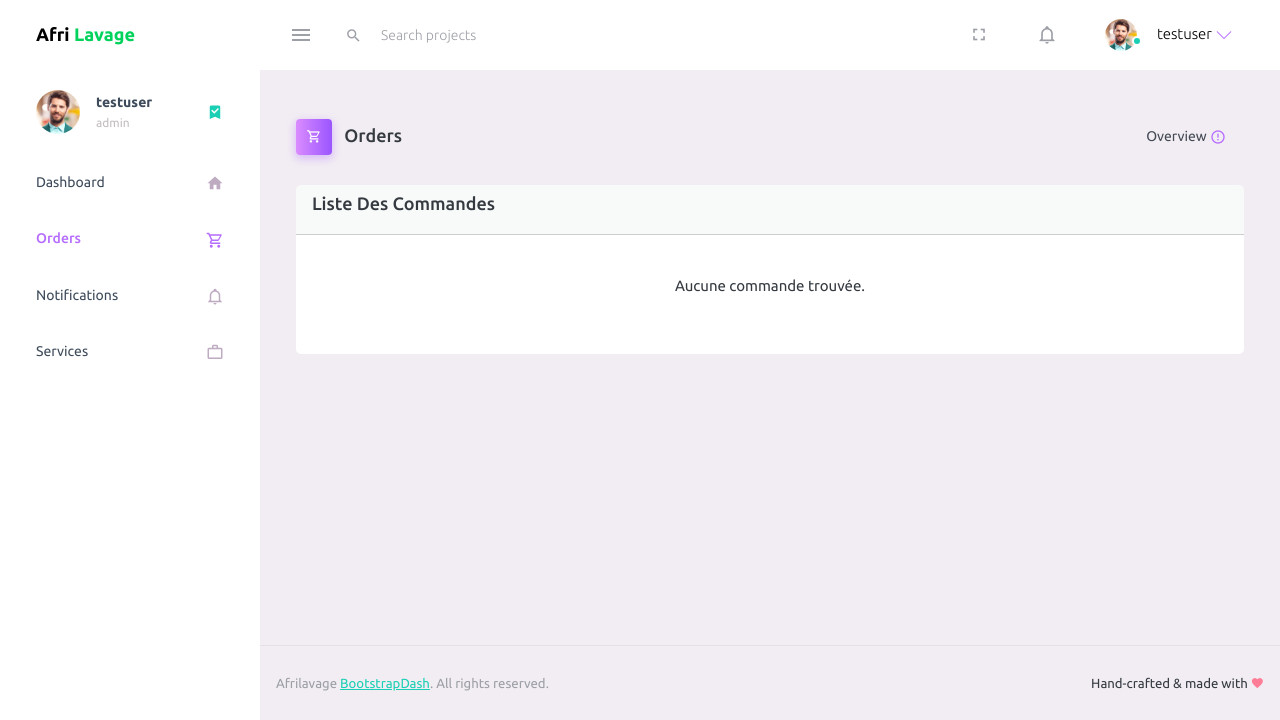
Repository: idir2023/afrilavage
Page: http://localhost/orders
The author's editor kept a copy of each file at every save. The page is drawn from the files as they stood at one save, then again after the next save.
The browser window is 1280 px wide. The pictures show the whole page.
The page is served by the project's Laravel application, run on PHP 8.4 with Laravel 12. A made-up administrator, Test User (test@example.com), is signed in. Other server files are loaded and not shown. Queries for data that is not in the repository find no rows.

Above is the page before, as saved 2025-06-10 15:53:36.
Console error: TypeError: Cannot read properties of null (reading 'classList')

### routes/web.php
 <?php

    use Illuminate\Support\Facades\Route;
    use App\Http\Controllers\HomeController;
    use App\Http\Controllers\OrderController;
    use App\Http\Controllers\AdminController;
    use App\Http\Controllers\NotificationController;
    use App\Http\Controllers\ProfileController;
    use App\Http\Controllers\ServiceController;

    /*
|--------------------------------------------------------------------------
| Web Routes
|--------------------------------------------------------------------------
|
| Here is where you can register web routes for your application.
|
*/

    // Pages publiques
    Route::get('/', [HomeController::class, 'index'])->name('home');
    Route::get('/contact', [HomeController::class, 'contact'])->name('contact');
    Route::get('/about', [HomeController::class, 'about'])->name('about');
    Route::get('/service', [HomeController::class, 'service'])->name('service');
    Route::get('/order', [HomeController::class, 'order'])->name('order');
    Route::get('/tracking', [HomeController::class, 'tracking'])->name('tracking');
    Route::post('/order/save', [HomeController::class, 'store'])->name('order-store');

    // Gestion des commandes (CRUD)

    // Tableau de bord (admin)
    Route::middleware(['auth', 'verified', 'is_admin'])->group(function () {
        Route::get('/dashboard', [AdminController::class, 'index'])->name('dashboard');
        Route::resource('orders', OrderController::class);
        Route::post('/notifications/{id}/read', [OrderController::class, 'markAsRead'])->name('notifications.read');
        Route::resource('notifications', NotificationController::class);
        Route::resource('services', ServiceController::class);


        // Tu peux ajouter d'autres routes admin ici, par exemple :
        // Route::get('/users', [AdminController::class, 'users'])->name('admin.users');
    });

    // Profil utilisateur (authentifié)
    Route::middleware(['auth'])->group(function () {
        Route::get('/profile', [ProfileController::class, 'edit'])->name('profile.edit');
        Route::patch('/profile', [ProfileController::class, 'update'])->name('profile.update');
        Route::delete('/profile', [ProfileController::class, 'destroy'])->name('profile.destroy');
    });

    // Auth routes (login, register, etc.)
    require __DIR__ . '/auth.php';

### app/Models/User.php
<?php

namespace App\Models;

// use Illuminate\Contracts\Auth\MustVerifyEmail;
use Illuminate\Database\Eloquent\Factories\HasFactory;
use Illuminate\Foundation\Auth\User as Authenticatable;
use Illuminate\Notifications\Notifiable;

class User extends Authenticatable
{
    /** @use HasFactory<\Database\Factories\UserFactory> */
    use HasFactory, Notifiable;

    /**
     * The attributes that are mass assignable.
     *
     * @var list<string>
     */
    protected $fillable = [
        'username',
        'email',
        'phone',
        'password',
        'address',
        'role'
    ];


    /**
     * The attributes that should be hidden for serialization.
     *
     * @var list<string>
     */
    protected $hidden = [
        'password',
        'remember_token',
    ];

    /**
     * Get the attributes that should be cast.
     *
     * @return array<string, string>
     */
    protected function casts(): array
    {
        return [
            'email_verified_at' => 'datetime',
            'password' => 'hashed',
        ];
    }
}

### app/Http/Controllers/OrderController.php
<?php

namespace App\Http\Controllers;

use App\Models\Notification;
use App\Models\Order;
use Illuminate\Http\Request;

class OrderController extends Controller
{
    // Affiche la liste paginée des commandes
    public function index()
    {
        $orders = Order::paginate(15); // 15 commandes par page
        return view('admins.orders.index', compact('orders'));
    }


    public function show($id)
    {
        $order = Order::findOrFail($id);

        // Réponse uniquement en AJAX avec HTML directement ici
        if (request()->ajax()) {
            $html = '
        <div class="table-responsive">
            <table class="table table-bordered">
                <tr><th>ID</th><td>' . $order->id . '</td></tr>
                <tr><th>Client</th><td>' . ($order->user->username ?? 'N/A') . '</td></tr>
                <tr><th>Service</th><td>' . ucfirst($order->service_type) . '</td></tr>
                <tr><th>Date prévue</th><td>' . \Carbon\Carbon::parse($order->scheduled_date)->format('d/m/Y') . '</td></tr>
                <tr><th>Créneau horaire</th><td>' . $order->time_slot . '</td></tr>
                <tr><th>Status</th><td>' . ucfirst($order->status) . '</td></tr>
                <tr><th>Total</th><td>' . number_format($order->total_price, 2, ',', ' ') . ' €</td></tr>
            </table>
        </div>';

            return response()->json(['html' => $html]);
        }

        // Si jamais une requête non-AJAX est envoyée
        abort(404);
    }



    // Supprime une commande
    public function destroy($id)
    {
        $order = Order::findOrFail($id);
        $order->delete();

        return redirect()->route('orders.index')->with('success', 'Commande supprimée avec succès.');
    }

    public function markAsRead($id)
    {
        $notification = Notification::findOrFail($id);
        $notification->is_read = true;
        $notification->save();

        return response()->json(['success' => true]);
    }
}

### app/Models/Order.php
<?php

namespace App\Models;

use Illuminate\Database\Eloquent\Model;

class Order extends Model
{
    protected $fillable = [
        'user_id',
        'driver_id',

        'service_category',
        'service_type',
        'status',

        // Informations client
        'fullname',
        'phone',
        'address',
        'city',
        'zip',
        'delivery_instructions',

        // Programmation
        'scheduled_date',
        'time_slot',

        // Détails service
        'items',
        'service_options',
        'special_instructions',

        // Détails voiture
        'car_type',
        'car_model',

        // Détails pack
        'pack_people',
        'pack_frequency',

        // Tarification
        'base_price',
        'options_price',
        'discount_amount',
        'total_price',
        'promo_code',

        // Paiement
        'payment_method',
        'payment_status',

        // Dates clés
        'collected_at',
        'completed_at',
    ];


    protected $casts = [
        'items' => 'array',
        'scheduled_date' => 'date',
        'collected_at' => 'datetime',
        'completed_at' => 'datetime',
    ];

    public function user()
    {
        return $this->belongsTo(User::class);
    }

    public function driver()
    {
        return $this->belongsTo(User::class, 'driver_id');
    }
}

### resources/views/admins/layouts/master.blade.php
 <!DOCTYPE html>
 <html lang="en">

 <head>
     <!-- Required meta tags -->
     <meta charset="utf-8">
     <meta name="viewport" content="width=device-width, initial-scale=1, shrink-to-fit=no">
     <title>@yield('title')</title>
     <!-- plugins:css -->
     <link rel="stylesheet" href="{{ asset('admin/assets/vendors/mdi/css/materialdesignicons.min.css') }}">
     <link rel="stylesheet" href="{{ asset('admin/assets/vendors/ti-icons/css/themify-icons.css') }}">
     <link rel="stylesheet" href="{{ asset('admin/assets/vendors/css/vendor.bundle.base.css') }}">
     <link rel="stylesheet" href="{{ asset('admin/assets/vendors/font-awesome/css/font-awesome.min.css') }}">
     <!-- endinject -->
     <!-- Plugin css for this page -->
     <link rel="stylesheet" href="{{ asset('admin/assets/vendors/font-awesome/css/font-awesome.min.css') }}" />
     <link rel="stylesheet"
         href="{{ asset('admin/assets/vendors/bootstrap-datepicker/bootstrap-datepicker.min.css') }}">
     <!-- End plugin css for this page -->
     <!-- inject:css -->
     <!-- endinject -->
     <!-- Layout styles -->
     <link rel="stylesheet" href="{{ asset('admin/assets/css/style.css') }}">
     <!-- End layout styles -->
     <link rel="shortcut icon" href="{{ asset('admin/assets/images/favicon.png') }}" />
 </head>

 <body>
     <div class="container-scroller">

         <!-- partial:partials/_navbar.html -->
         @include('admins.layouts.header')
         <!-- partial -->
         <div class="container-fluid page-body-wrapper">
             <!-- partial:partials/_sidebar.html -->
             @include('admins.layouts.sidebar')
             <!-- partial -->
             <div class="main-panel">
                 <div class="content-wrapper">

                     @yield('content')
                 </div>
                 <!-- content-wrapper ends -->
                 <!-- partial:partials/_footer.html -->
                 @include('admins.layouts.footer')
                 <!-- partial -->
             </div>
             <!-- main-panel ends -->
         </div>
         <!-- page-body-wrapper ends -->
     </div>
     <!-- container-scroller -->
     <!-- plugins:js -->
     <script src="{{ asset('admin/assets/vendors/js/vendor.bundle.base.js') }}"></script>
     <!-- endinject -->
     <!-- Plugin js for this page -->
     <script src="{{ asset('admin/assets/vendors/chart.js/chart.umd.js') }}"></script>
     <script src="{{ asset('admin/assets/vendors/bootstrap-datepicker/bootstrap-datepicker.min.js') }}"></script>
     <!-- End plugin js for this page -->
     <!-- inject:js -->
     <script src="{{ asset('admin/assets/js/off-canvas.js') }}"></script>
     <script src="{{ asset('admin/assets/js/misc.js') }}"></script>
     <script src="{{ asset('admin/assets/js/settings.js') }}"></script>
     <script src="{{ asset('admin/assets/js/todolist.js') }}"></script>
     <script src="{{ asset('admin/assets/js/jquery.cookie.js') }}"></script>
     <!-- endinject -->
     <!-- Custom js for this page -->
     <script src="{{ asset('admin/assets/js/dashboard.js') }}"></script>
     <!-- End custom js for this page -->
     <script>
         $(document).ready(function() {
             $('.btn-read-notification').click(function(e) {
                 e.preventDefault();

                 let btn = $(this);
                 let notificationId = btn.data('id');

                 $.ajax({
                     url: `/notifications/${notificationId}/read`,
                     type: 'POST',
                     data: {
                         _token: '{{ csrf_token() }}'
                     },
                     success: function(response) {
                         if (response.success) {
                             btn.text('Read ✔').prop('disabled', true);
                             // Optionnel : retirer la notification de la liste ou modifier son style
                             btn.closest('.preview-item').fadeOut();
                             // Mettre à jour le compteur
                             let countElem = $('.count-symbol.bg-danger');
                             let count = parseInt(countElem.text());
                             if (count > 1) {
                                 countElem.text(count - 1);
                             } else {
                                 countElem.remove();
                             }
                         }
                     },
                     error: function() {
                         alert('Erreur lors de la mise à jour de la notification.');
                     }
                 });
             });
         });
     </script>

     @yield('scripts')
 </body>

 </html>

### resources/views/admins/layouts/header.blade.php
 <nav class="navbar default-layout-navbar col-lg-12 col-12 p-0 fixed-top d-flex flex-row">
     <div class="text-center navbar-brand-wrapper d-flex align-items-center justify-content-start">
         <a class="navbar-brand brand-logo" href="{{ route('dashboard') }}">
             <div class="nav-profile-image d-flex align-items-center">
                 <h4 class="m-0 font-weight-bold">
                     <span style="color: #000000;">Afri</span>
                     <span style="color: #00d25b;">Lavage</span>
                 </h4>
                 <span class="login-status online ms-2"></span>
             </div>

         </a>
         <a class="navbar-brand brand-logo-mini" href="{{ route('dashboard') }}">
             <div class="nav-profile-image d-flex align-items-center">
                 <h4 class="m-0 font-weight-bold">
                     <span style="color: #000000;">A</span>
                     <span style="color: #00d25b;">L</span>
                 </h4>
                 <span class="login-status online ms-2"></span>
             </div>
         </a>
     </div>

     <div class="navbar-menu-wrapper d-flex align-items-stretch">
         <button class="navbar-toggler align-self-center" type="button" data-toggle="minimize">
             <span class="mdi mdi-menu"></span>
         </button>

         <div class="search-field d-none d-md-block">
             <form class="d-flex align-items-center h-100" action="#">
                 <div class="input-group">
                     <div class="input-group-prepend bg-transparent">
                         <i class="input-group-text border-0 mdi mdi-magnify"></i>
                     </div>
                     <input type="text" class="form-control bg-transparent border-0" placeholder="Search projects" />
                 </div>
             </form>
         </div>

         <ul class="navbar-nav navbar-nav-right">


             <!-- Fullscreen Button -->
             <li class="nav-item d-none d-lg-block full-screen-link">
                 <a class="nav-link" href="#">
                     <i class="mdi mdi-fullscreen" id="fullscreen-button"></i>
                 </a>
             </li>

             @php
                 use App\Models\Notification;

                 $notifications = Notification::with('order.user')
                     ->where('is_read', false)
                     ->orderBy('created_at', 'desc')
                     ->get();
             @endphp

             <!-- Notifications Dropdown -->
             <li class="nav-item dropdown">
                 <a class="nav-link count-indicator dropdown-toggle" id="notificationDropdown" href="#"
                     data-bs-toggle="dropdown" aria-expanded="false">
                     <i class="mdi mdi-bell-outline"></i>
                     @if ($notifications->count() > 0)
                         <span class="count-symbol bg-danger">{{ $notifications->count() }}</span>
                     @endif
                 </a>

                 <div class="dropdown-menu dropdown-menu-end navbar-dropdown preview-list"
                     aria-labelledby="notificationDropdown">
                     <h6 class="p-3 mb-0">Notifications</h6>
                     <div class="dropdown-divider"></div>

                     @forelse ($notifications as $notification)
                         <a href="#" class="dropdown-item preview-item">
                             <div class="preview-thumbnail">
                                 <div
                                     class="preview-icon
                                    @switch($notification->type)
                                        @case('order_created') bg-success @break
                                        @case('order_update') bg-warning @break
                                        @case('payment') bg-info @break
                                        @default bg-secondary
                                    @endswitch
                                ">
                                     <i class="mdi mdi-bell-ring"></i>
                                 </div>
                             </div>
                             <div class="preview-item-content d-flex flex-column justify-content-center">
                                 <h6 class="preview-subject font-weight-bold mb-1">{{ $notification->title }}</h6>
                                 <small class="text-muted mb-1">
                                     Commande par : <span
                                         class="text-primary">{{ $notification->order->user->username ?? 'Client inconnu' }}</span>
                                 </small>
                                 <small class="text-muted mb-1">
                                     Date commande :
                                     {{ $notification->order->created_at->format('d/m/Y H:i') ?? 'N/A' }}
                                 </small>
                                 <small class="text-muted">{{ $notification->created_at->diffForHumans() }}</small>
                                 <button class="btn-read-notification btn btn-sm btn-primary"
                                     data-id="{{ $notification->id }}" title="Marquer comme lu">
                                     <i class="mdi mdi-eye"></i>
                                 </button>

                             </div>
                         </a>
                         <div class="dropdown-divider"></div>
                     @empty
                         <p class="text-center p-3 mb-0">Aucune notification</p>
                     @endforelse

                     <h6 class="p-3 mb-0 text-center">
                         <a href="#">Voir toutes les notifications</a>
                     </h6>
                 </div>
             </li>

             <!-- Profile Dropdown -->
             <li class="nav-item nav-profile dropdown">
                 <a class="nav-link dropdown-toggle" id="profileDropdown" href="#" data-bs-toggle="dropdown"
                     aria-expanded="false">
                     <div class="nav-profile-img">
                         <img src="{{ asset('admin/assets/images/faces/face1.jpg') }}" alt="image" />
                         <span class="availability-status online"></span>
                     </div>
                     <div class="nav-profile-text">
                         <p class="mb-1 text-black">{{ Auth::user()->username }}</p>
                     </div>
                 </a>
                 <div class="dropdown-menu navbar-dropdown" aria-labelledby="profileDropdown">
                     <a class="dropdown-item" href="#">
                         <i class="mdi mdi-cached me-2 text-success"></i> Activity Log
                     </a>
                     <div class="dropdown-divider"></div>
                     <a class="dropdown-item" href="{{ route('logout') }}"
                         onclick="event.preventDefault(); document.getElementById('logout-form').submit();">
                         <i class="mdi mdi-logout me-2 text-primary"></i> Signout
                     </a>
                     <form id="logout-form" action="{{ route('logout') }}" method="POST" class="d-none">
                         @csrf
                     </form>
                 </div>
             </li>

         </ul>

         <button class="navbar-toggler navbar-toggler-right d-lg-none align-self-center" type="button"
             data-toggle="offcanvas">
             <span class="mdi mdi-menu"></span>
         </button>
     </div>
 </nav>

### app/Models/Notification.php
<?php

namespace App\Models;

use Illuminate\Database\Eloquent\Model;

class Notification extends Model
{
    // Si ta table s'appelle 'notifications', cette ligne est optionnelle
    protected $table = 'notifications';

    // Champs autorisés en mass assignment
    protected $fillable = [
        'user_id',
        'order_id',
        'type',
        'title',
        'message',
        'is_read',
    ];

    // Relation vers l'utilisateur
    public function user()
    {
        return $this->belongsTo(User::class);
    }


    // Relation vers la commande (optionnelle)
    public function order()
    {
        return $this->belongsTo(Order::class);
    }
}

### resources/views/admins/layouts/sidebar.blade.php
 <nav class="sidebar sidebar-offcanvas" id="sidebar">
     <ul class="nav">

         <li class="nav-item nav-profile">
             <a href="#" class="nav-link">
                 <div class="nav-profile-image">
                     <img src="{{ asset('admin/assets/images/faces/face1.jpg') }}" alt="profile" />
                     <span class="login-status online"></span>
                     <!-- change to offline or busy as needed -->
                 </div>
                 <div class="nav-profile-text d-flex flex-column">
                     <span class="font-weight-bold mb-2">{{ Auth::user()->username }}</span>
                     <span class="text-secondary text-small">{{ Auth::user()->role }}</span>
                 </div>
                 <i class="mdi mdi-bookmark-check text-success nav-profile-badge"></i>
             </a>
         </li>

         <li class="nav-item">
             <a class="nav-link" href="{{ route('dashboard') }}">
                 <span class="menu-title">Dashboard</span>
                 <i class="mdi mdi-home menu-icon"></i>
             </a>
         </li>

         <li class="nav-item">
             <a class="nav-link" href="{{ route('orders.index') }}">
                 <span class="menu-title">Orders</span>
                 {{-- <i class="mdi mdi-receipt menu-icon"></i> --}}
                 <i class="mdi mdi-cart-outline menu-icon"></i>

             </a>
         </li>

         <li class="nav-item">
             <a class="nav-link" href="{{ route('notifications.index') }}">
                 <span class="menu-title">Notifications</span>
                 <i class="mdi mdi-bell-outline menu-icon"></i>
             </a>
         </li>


         <li class="nav-item">
             <a class="nav-link" href="{{ route('services.index') }}">
                 <span class="menu-title">Services</span>
                 <i class="mdi mdi-briefcase-outline menu-icon"></i>
             </a>
         </li>


     </ul>
 </nav>

### resources/views/admins/layouts/footer.blade.php
          <footer class="footer">
              <div class="d-sm-flex justify-content-center justify-content-sm-between">
                  <span class="text-muted text-center text-sm-left d-block d-sm-inline-block"><span>Afri</span>lavage <a
                          href="https://www.bootstrapdash.com/" target="_blank">BootstrapDash</a>. All rights
                      reserved.</span>
                  <span class="float-none float-sm-right d-block mt-1 mt-sm-0 text-center">Hand-crafted & made with <i
                          class="mdi mdi-heart text-danger"></i></span>
              </div>
          </footer>

Loaded but not shown: routes/auth.php (common file); app/Http/Controllers/Auth/EmailVerificationPromptController.php (common file); app/Http/Controllers/Controller.php (common file); app/Http/Controllers/Auth/VerifyEmailController.php (common file); public/admin/assets/vendors/mdi/css/materialdesignicons.min.css (library); public/admin/assets/vendors/ti-icons/css/themify-icons.css (library); public/admin/assets/vendors/css/vendor.bundle.base.css (common file); public/admin/assets/vendors/font-awesome/css/font-awesome.min.css (library); public/admin/assets/vendors/bootstrap-datepicker/bootstrap-datepicker.min.css (library); public/admin/assets/css/style.css (library); public/admin/assets/vendors/js/vendor.bundle.base.js (library); public/admin/assets/vendors/chart.js/chart.umd.js (library); public/admin/assets/vendors/bootstrap-datepicker/bootstrap-datepicker.min.js (library); public/admin/assets/js/off-canvas.js (common file); public/admin/assets/js/jquery.cookie.js (library); public/admin/assets/js/dashboard.js (250 lines, source omitted); public/admin/assets/js/misc.js (122 lines, source omitted); public/admin/assets/js/settings.js (122 lines, source omitted); public/admin/assets/js/todolist.js (34 lines, source omitted); resources/views/admins/orders/index.blade.php (156 lines, source omitted)

After the next save:
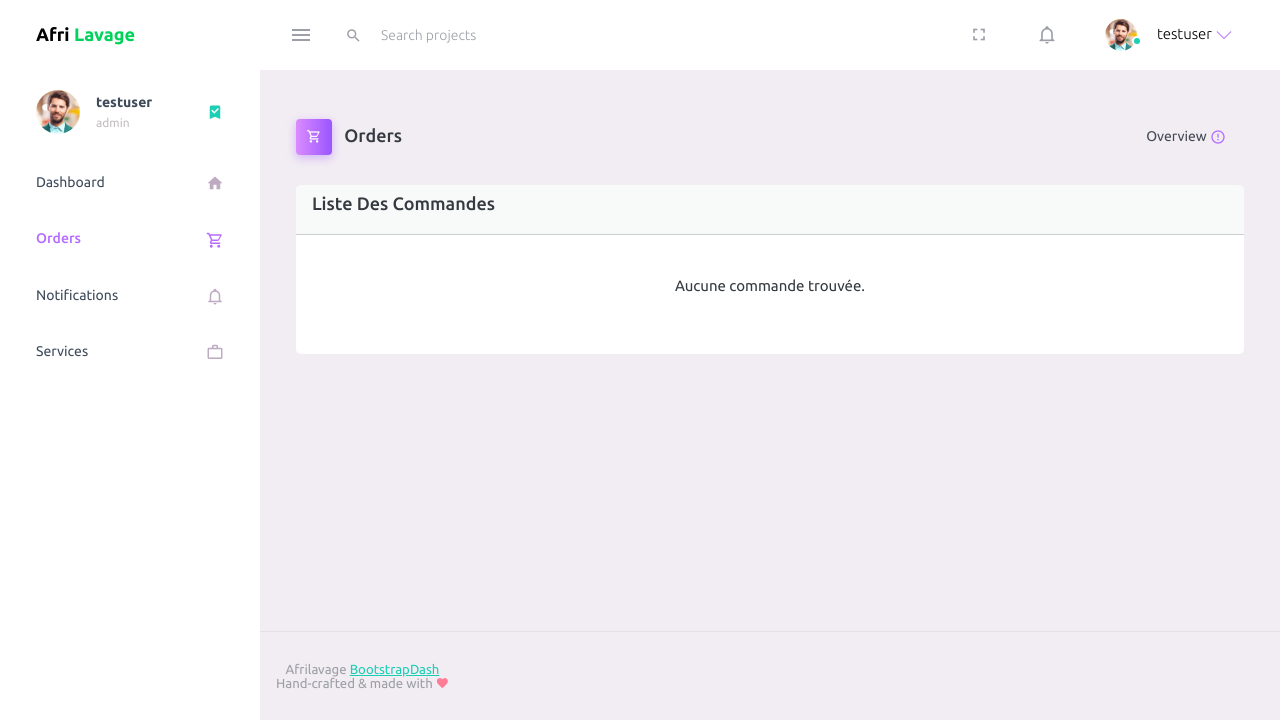
Saved 55 min 34 s later.
--- a/resources/views/admins/layouts/footer.blade.php
+++ b/resources/views/admins/layouts/footer.blade.php
@@ -1,8 +1,7 @@
           <footer class="footer">
               <div class="d-sm-flex justify-content-center justify-content-sm-between">
                   <span class="text-muted text-center text-sm-left d-block d-sm-inline-block"><span>Afri</span>lavage <a
-                          href="https://www.bootstrapdash.com/" target="_blank">BootstrapDash</a>. All rights
-                      reserved.</span>
+                          href="https://www.bootstrapdash.com/" target="_blank">BootstrapDash</a>
                   <span class="float-none float-sm-right d-block mt-1 mt-sm-0 text-center">Hand-crafted & made with <i
                           class="mdi mdi-heart text-danger"></i></span>
               </div>
